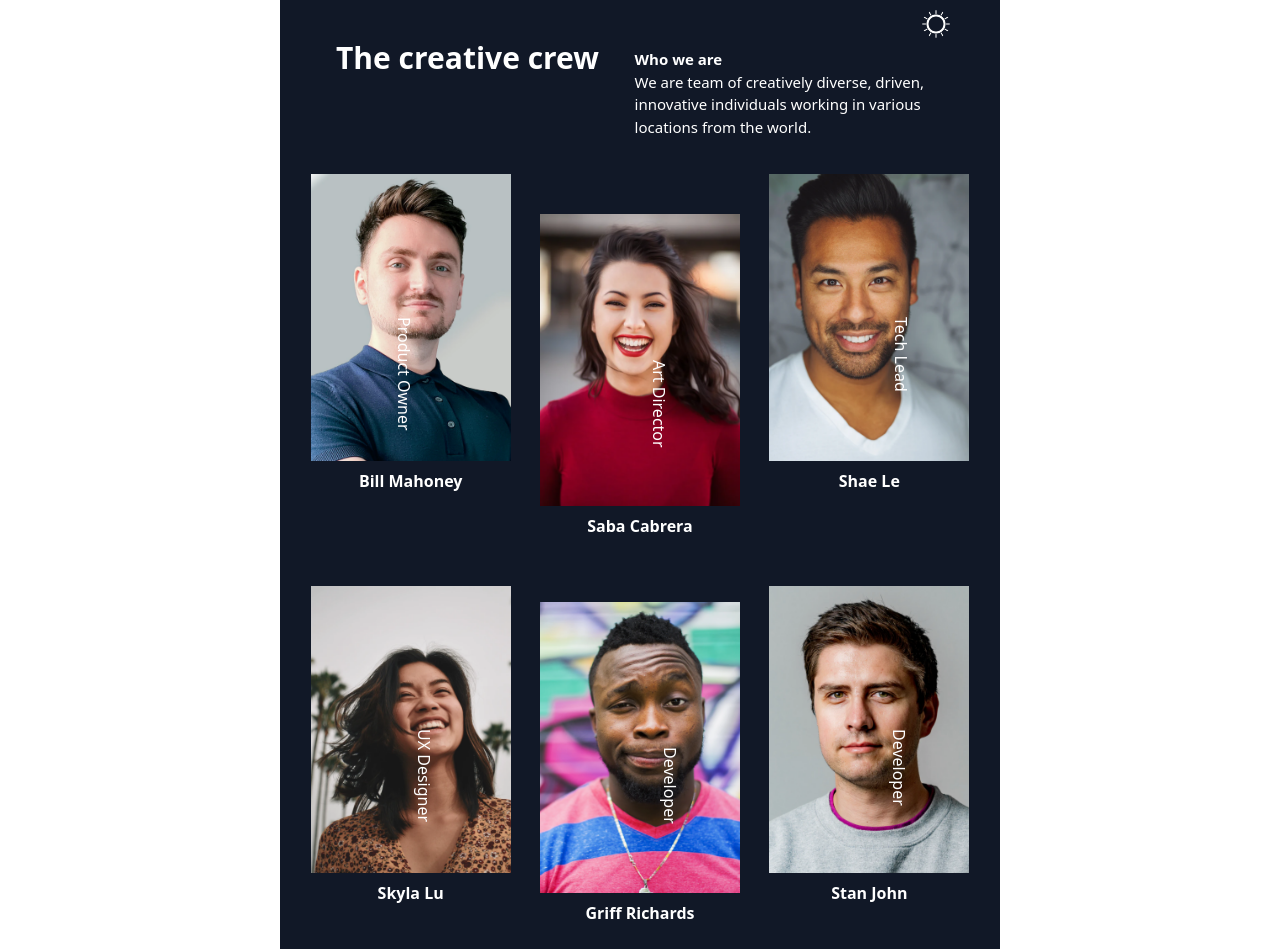
Repository: Alzate1075/Funval-G3-N2
Page: /
An editor plug-in stored every save of this project. The page is shown before and after the next save, followed by the edit.
The browser window is 1280 px wide. The pictures show the whole page.
The project was rebuilt for these pictures with package versions that can differ from the ones it lists, and the page was loaded fresh each time. Also part of the build but not shown: vite.config.js.

Above is the page before, as saved 2025-07-02 23:55:33.

After the next save:
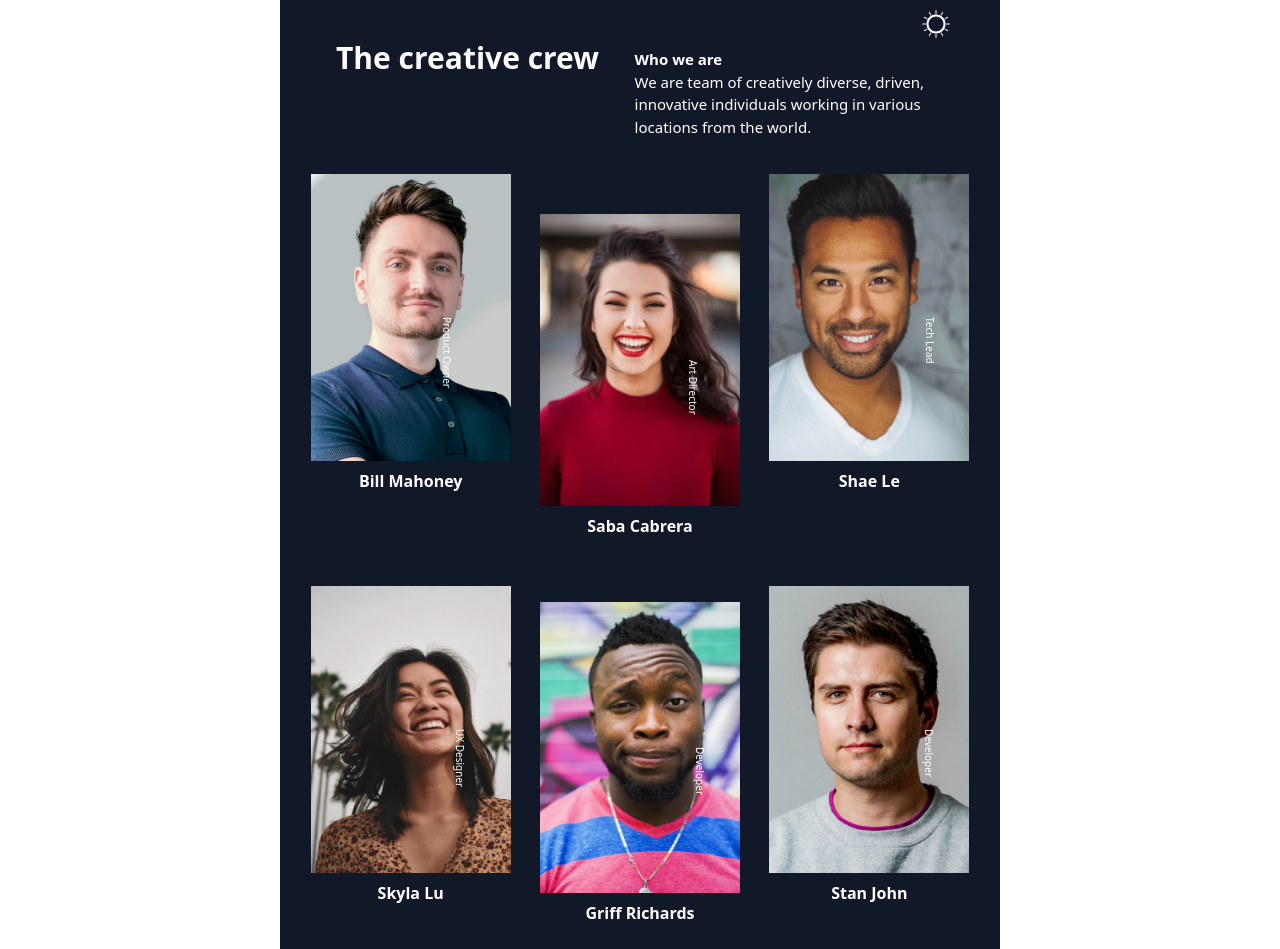
Saved 13 s later.
--- a/src/components/TeamCard.jsx
+++ b/src/components/TeamCard.jsx
@@ -4,7 +4,7 @@ export function TeamCard(props) {
     <div className={`${props.extraClass}`}>
       <div className="text-black md:text-white md:flex md:items-center md:justify-center gap-2 relative">
         <img src={props.image} alt={props.name} className="md:w-[200px] w-20" />
-        <span className="absolute right-0 top-1/2 -translate-y-1/2 rotate-90 origin-left text-10">
+        <span className="absolute right-0 top-1/2 -translate-y-1/2 rotate-90 origin-left text-[10px]">
           {props.role}
         </span>
       </div>
